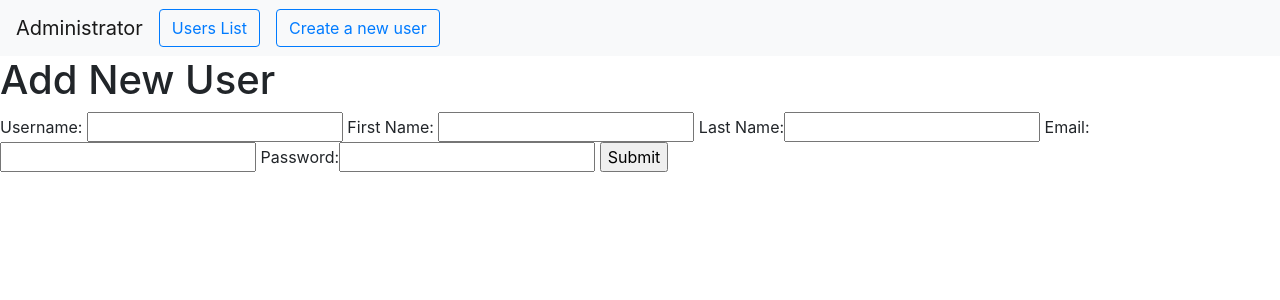
Repository: Dimitris-Kaler/Keycloak-Admin-Web-Interface
Page: http://localhost/rest-api/src/webapp/createUser.jsp
The author's editor kept a copy of each file at every save. The page is drawn from the files as they stood at one save, then again after the next save.
The browser window is 1280 px wide. The pictures show the whole page.
The page is served by Tomcat 9. Other server files are loaded and not shown.

Above is the page before, as saved 2023-12-22 18:34:18.

### rest-api/src/webapp/createUser.jsp
<%@ page language="java" contentType="text/html; charset=ISO-8859-1"
    pageEncoding="ISO-8859-1"%>
<!DOCTYPE html>
<html>
<head>
<meta charset="ISO-8859-1">
<title>Insert title here</title>
<link rel="stylesheet" href="https://maxcdn.bootstrapcdn.com/bootstrap/4.0.0/css/bootstrap.min.css" integrity="sha384-Gn5384xqQ1aoWXA+058RXPxPg6fy4IWvTNh0E263XmFcJlSAwiGgFAW/dAiS6JXm" crossorigin="anonymous">
</head>
<body>
	   <nav class="navbar navbar-expand-lg navbar-light bg-light">
        <a class="navbar-brand" href="#">Administrator</a>
        <button class="navbar-toggler" type="button" data-toggle="collapse" data-target="#navbarNav"
            aria-controls="navbarNav" aria-expanded="false" aria-label="Toggle navigation">
            <span class="navbar-toggler-icon"></span>
        </button>
        <div class="collapse navbar-collapse" id="navbarNav">
            <ul class="navbar-nav">
                <li class="nav-item active">
                    <form class="form-inline my-2 my-lg-0" action="userRepository" method="GET">
                        <button class="btn btn-outline-primary my-2 my-sm-0" type="submit">Users List</button>
                    </form>
                </li>
                <li class="nav-item">
                    <form class="form-inline my-2 my-lg-0 mx-3" action="createUser" method="GET">
                        <button class="btn btn-outline-primary my-2 my-sm-0" type="submit">Create a new user</button>
                    </form>
                </li>
            </ul>
        </div>
    </nav>
<h1>Add New User</h1>
<form action="addUser"method="POST" >
Username: <input type="text" name="Username">
First Name: <input type="text" name="firstName">
Last Name:<input type="text"name="lastName">
Email: <input type="email"name="email">
Password:<input type="password" name="password">
<input type="submit"name="submit">


</form>

</body>
</html>

After the next save:
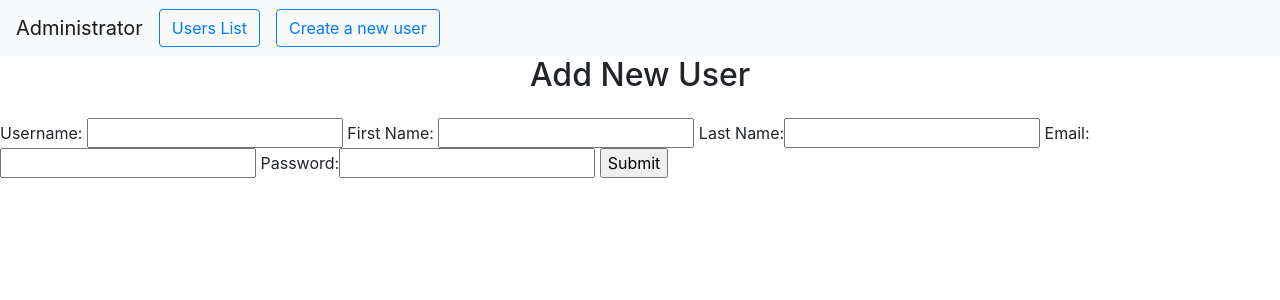
Saved 84 s later.
--- a/rest-api/src/webapp/createUser.jsp
+++ b/rest-api/src/webapp/createUser.jsp
@@ -29,7 +29,7 @@
             </ul>
         </div>
     </nav>
-<h1>Add New User</h1>
+<h2 class="text-center mb-4">Add New User</h2>
 <form action="addUser"method="POST" >
 Username: <input type="text" name="Username">
 First Name: <input type="text" name="firstName">
